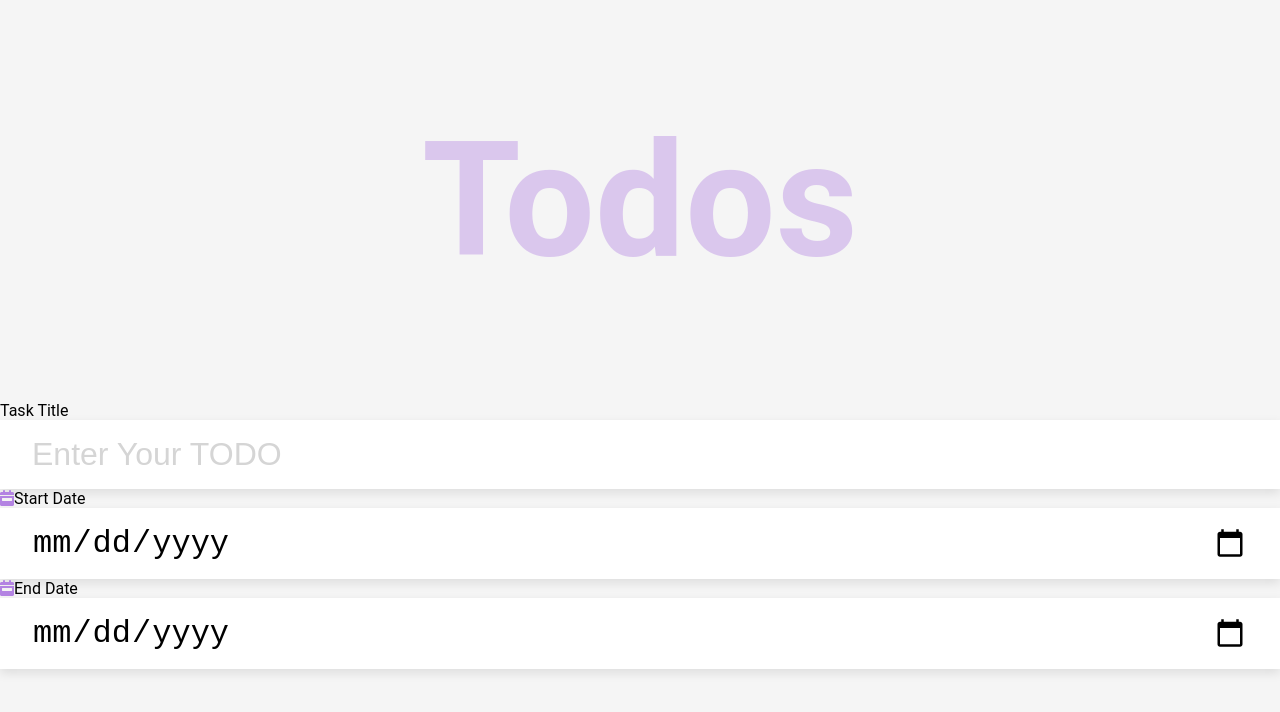
Repository: Surahailat/TypeScript
Page: Mini project 10-3/Project-TS.html
An editor plug-in stored every save of this project. The page is shown before and after the next save, followed by the edit.
The browser window is 1280 px wide. The pictures show the whole page.

Above is the page before, as saved 2025-03-10 12:47:45.

### Mini project 10-3/Project-TS.html
<!DOCTYPE html>
<html lang="en">

<head>
    <meta charset="UTF-8">
    <meta name="viewport" content="width=device-width, initial-scale=1.0">
    <title>Document</title>
    <link href="https://cdnjs.cloudflare.com/ajax/libs/font-awesome/6.0.0-beta3/css/all.min.css" rel="stylesheet">
    <style>
        * {
            box-sizing: border-box;
        }

        body {
            background-color: #f5f5f5;
            font-family: "roboto", sans-serif;
            margin: 0;
        }

        h1 {
            color: rgb(179, 131, 226);
            font-size: 10rem;
            text-align: center;
            opacity: 0.4;

        }
    .input {
    width: 400px;
    max-width: 100%;
    box-shadow: 0px 4px 10px rgb(0, 0, 0, 0.1) ;
    margin: auto;
}.input{
    border: none;
    width: 100%;
    display: block;
    padding: 1rem 2rem;
    font-size: 2rem;
}.input::placeholder{
    color: #d5d5d5;

}
    </style>
</head>

<body>
    <h1>Todos</h1>
    <Label>Task Title</Label>
    <input type="text" class="input" placeholder="Enter Your TODO" autocomplete="off" id="input">
    <Label><i class="fa-solid fa-calendar-week" style="color: #b383e2;"></i>Start Date</Label>
    <input type="date" class="input" placeholder="Enter Your TODO" autocomplete="off" id="input">
    <Label><i class="fa-solid fa-calendar-week" style="color: #b383e2;"></i>End Date</Label>
    <input type="date" class="input" placeholder="Enter Your TODO" autocomplete="off" id="input">

</body>

</html>

After the next save:
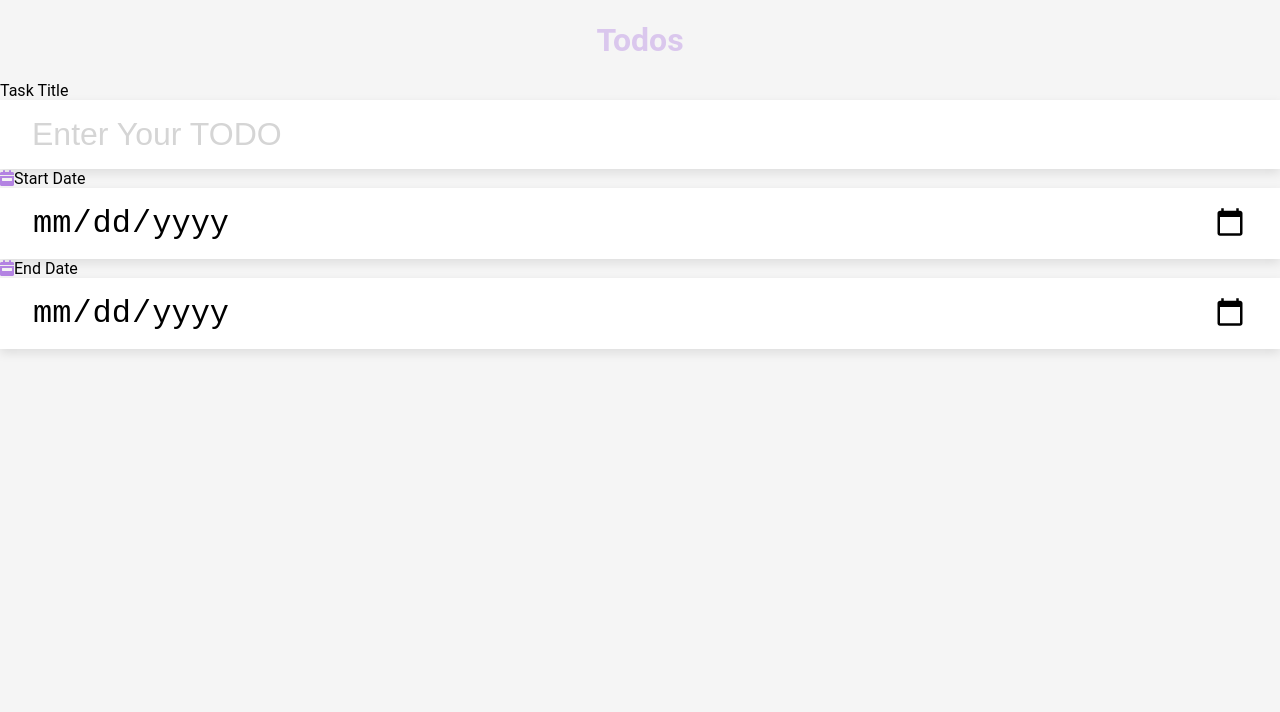
Saved 30 s later.
--- a/Mini project 10-3/Project-TS.html
+++ b/Mini project 10-3/Project-TS.html
@@ -19,7 +19,7 @@
 
         h1 {
             color: rgb(179, 131, 226);
-            font-size: 10rem;
+            /* font-size: 10rem; */
             text-align: center;
             opacity: 0.4;
 

After the save that followed:
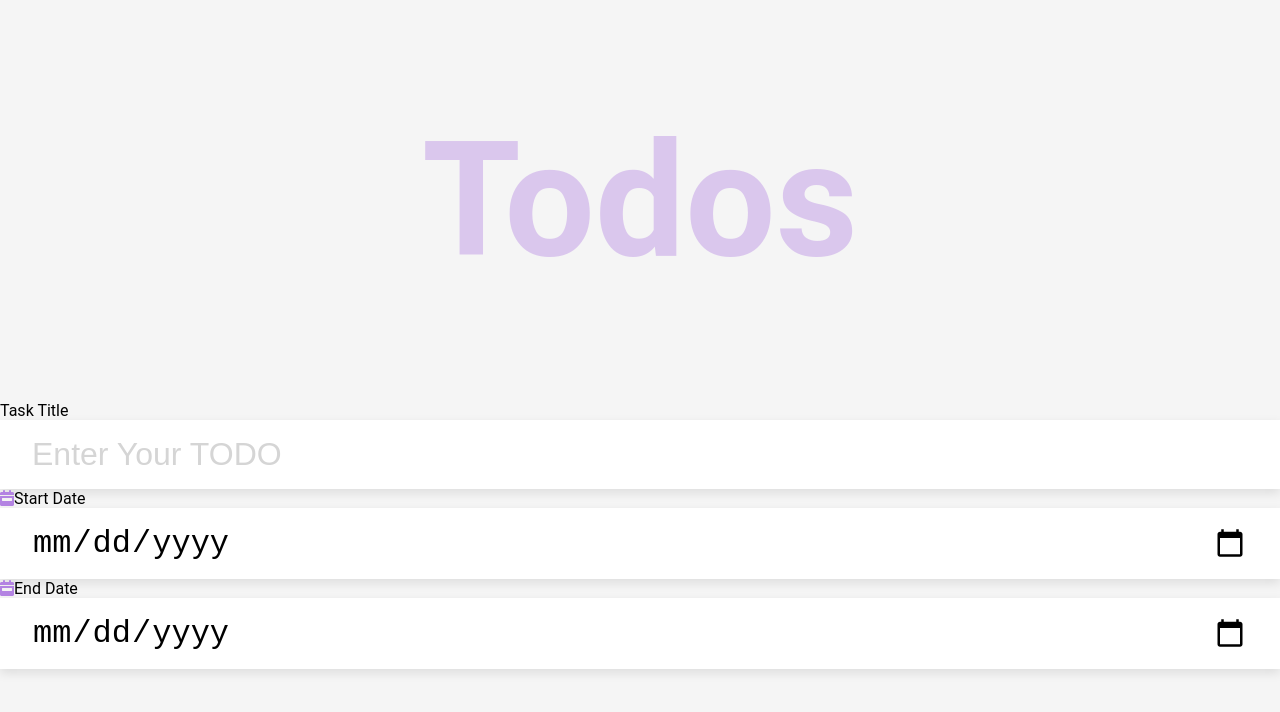
Saved 5 s later.
--- a/Mini project 10-3/Project-TS.html
+++ b/Mini project 10-3/Project-TS.html
@@ -19,7 +19,7 @@
 
         h1 {
             color: rgb(179, 131, 226);
-            /* font-size: 10rem; */
+            font-size: 10rem;
             text-align: center;
             opacity: 0.4;
 
